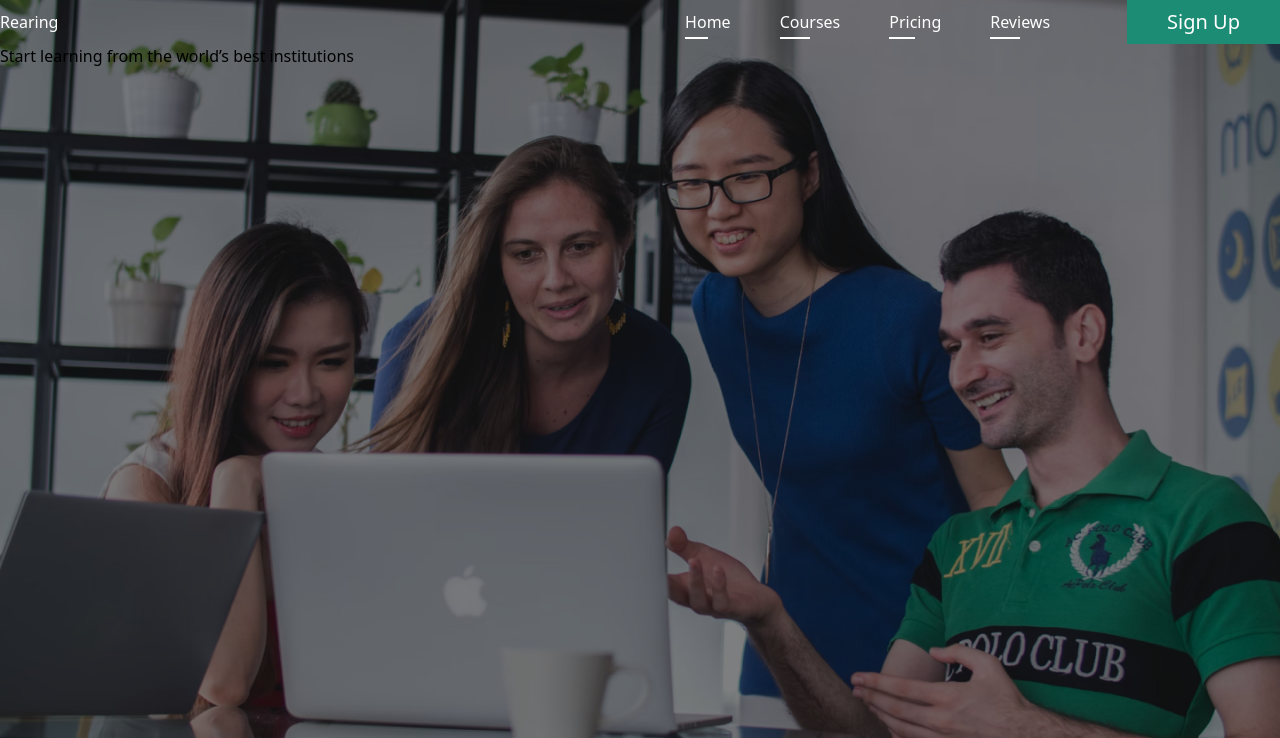
Repository: vandangnhathung/educationplatform
Page: /
An editor plug-in stored every save of this project. The page is shown before and after the next save, followed by the edit.
The browser window is 1280 px wide. The pictures show the whole page.
The project was rebuilt for these pictures with package versions that can differ from the ones it lists, and the page was loaded fresh each time.

Above is the page before, as saved 2022-06-20 14:57:12.

### src/index.js
import React from "react";
import ReactDOM from "react-dom/client";
import App from "./App";
import reportWebVitals from "./reportWebVitals";
import "./index.css";
const root = ReactDOM.createRoot(document.getElementById("root"));
root.render(
  <React.StrictMode>
    <App />
  </React.StrictMode>
);

// If you want to start measuring performance in your app, pass a function
// to log results (for example: reportWebVitals(console.log))
// or send to an analytics endpoint. Learn more: https://bit.ly/CRA-vitals
reportWebVitals();

### src/App.js
import Header from "./components/Header";

function App() {
  return (
    <>
      <Header></Header>
    </>
  );
}

export default App;

### src/index.css
@tailwind base;
@tailwind components;
@tailwind utilities;

*,
*::before,
*::after {
  box-sizing: border-box;
}
* {
  margin: 0;
  padding: 0;
}

html,
body {
  height: 100%;
}
body {
  line-height: 1.5;
}

img,
picture,
video,
canvas,
svg {
  display: block;
  max-width: 100%;
}
input,
button,
textarea,
select {
  font: inherit;
  outline: none;
}
p,
h1,
h2,
h3,
h4,
h5,
h6 {
  overflow-wrap: break-word;
}

.container {
  max-width: 1280px;
  margin: 0 auto;
  width: 100%;
}

.active {
  position: relative;
}

.active::before {
  content: "";
  display: block;
  position: absolute;
  bottom: -5px;
  width: 50%;
  padding: 1px;
  left: 0;
  background-color: #fff;
}

### src/components/Header.js
import React, { useEffect } from "react";
import headerImg from "../images/Images.png";
const Header = () => {
  const headerNav = [
    {
      id: 1,
      title: "Home",
    },
    {
      id: 2,
      title: "Courses",
    },
    {
      id: 3,
      title: "Pricing",
    },
    {
      id: 4,
      title: "Reviews",
    },
  ];
  return (
    <header>
      <div className="relative">
        <img src={headerImg} alt="header_img" className="w-full" />
        <div className="absolute inset-0 bg-black opacity-50"></div>
        <div class="absolute top-0  left-0 right-0 ">
          <div class="container">
            <div className=" header-top text-white flex items-center justify-between">
              <div className="">Rearing</div>
              <div className="flex items-center">
                <nav className="mr-[77px]">
                  <ul className="flex items-center  gap-x-[49px] ">
                    {headerNav.map((item) => (
                      <li className="active cursor-pointer" key={item.id}>
                        {item.title}
                      </li>
                    ))}
                  </ul>
                </nav>
                <button className="py-2 px-10 bg-[#1D8C74] text-white text-xl ">
                  Sign Up
                </button>
              </div>
            </div>

            <div className="slogan">
              <title>Face the future with confidence</title>
              <p className="desc">
                Start learning from the world’s best institutions
              </p>
            </div>
          </div>
        </div>
      </div>
    </header>
  );
};

export default Header;

Loaded but not shown: public/index.html (common file); src/reportWebVitals.js (common file); tailwind.config.js (common file)

After the next save:
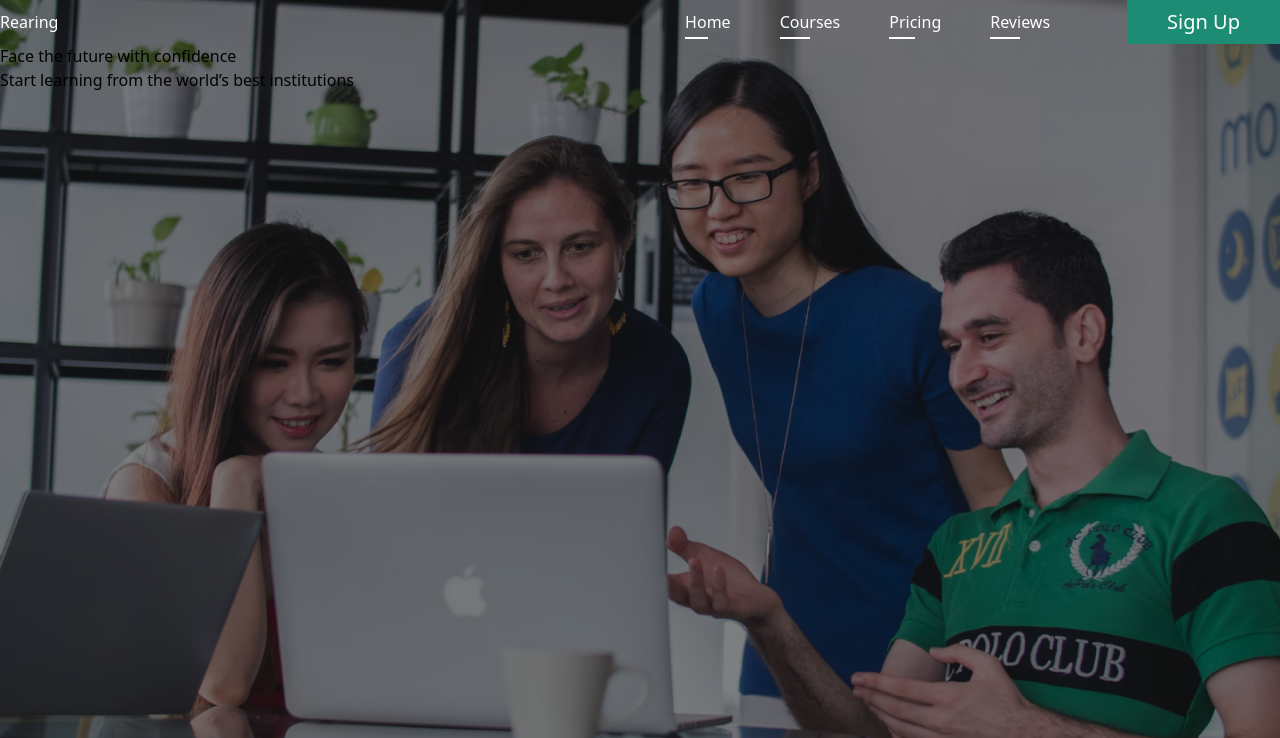
Saved 24 s later.
--- a/src/components/Header.js
+++ b/src/components/Header.js
@@ -45,10 +45,10 @@ const Header = () => {
             </div>
 
             <div className="slogan">
-              <title>Face the future with confidence</title>
-              <p className="desc">
+              <h3>Face the future with confidence</h3>
+              <h1 className="desc">
                 Start learning from the world’s best institutions
-              </p>
+              </h1>
             </div>
           </div>
         </div>
